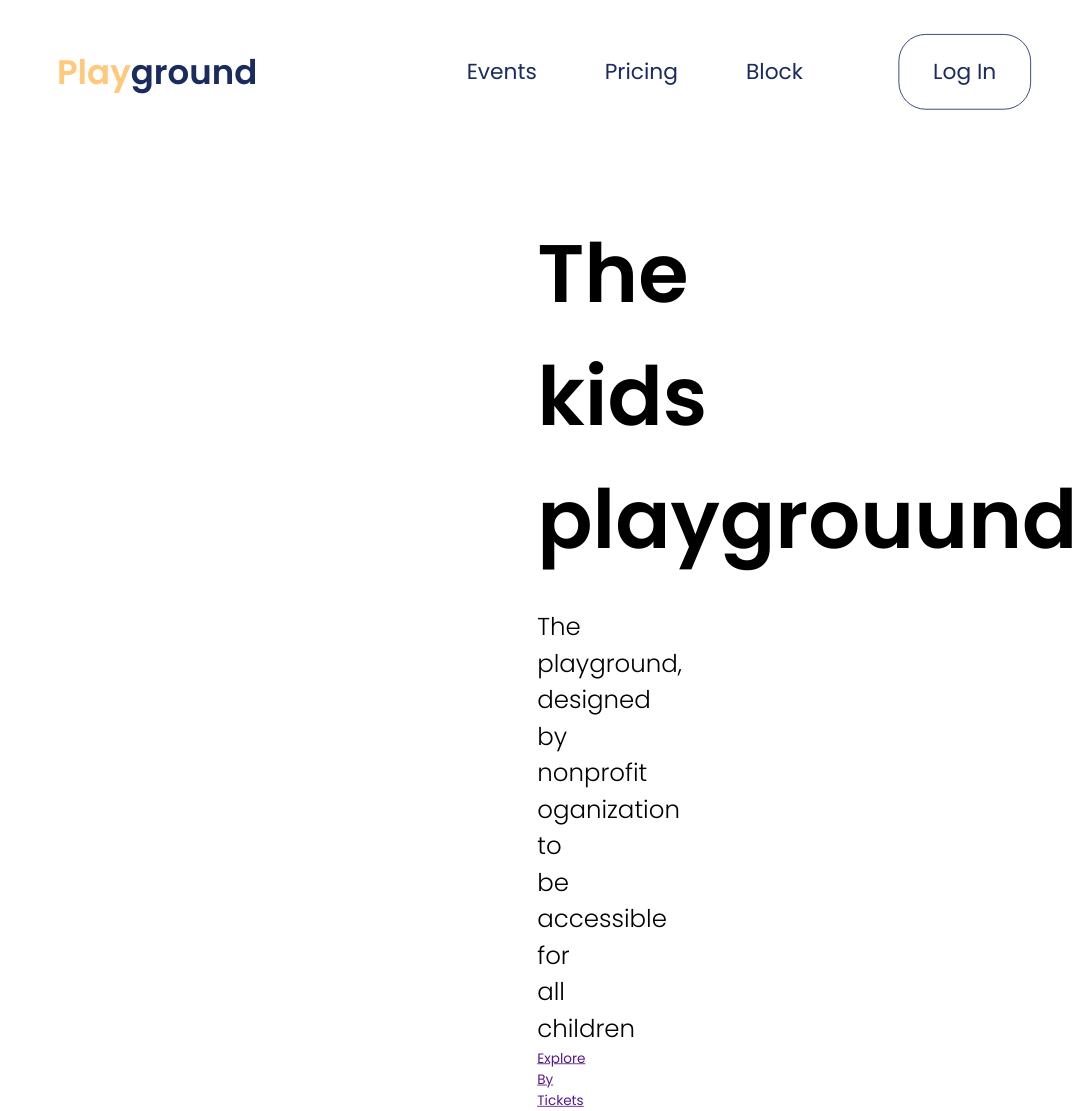
Repository: tuanpham-aptech/front-end
Page: psdtohtml/playgroud/index.html
An editor plug-in stored every save of this project. The page is shown before and after the next save, followed by the edit.
The browser window is 1280 px wide. The pictures show the whole page, at 85% of full size.
Some web libraries are served in a nearby version.

Above is the page before, as saved 2021-10-13 17:47:37.

### psdtohtml/playgroud/index.html
<!DOCTYPE html>
<html lang="en">
<head>
    <meta charset="UTF-8">
    <meta http-equiv="X-UA-Compatible" content="IE=edge">
    <meta name="viewport" content="width=device-width, initial-scale=1.0">
    <title>PlayGround</title>
    <link rel="preconnect" href="https://fonts.googleapis.com">
<link rel="preconnect" href="https://fonts.gstatic.com" crossorigin>
<link href="https://fonts.googleapis.com/css2?family=Poppins:wght@300;400;600&display=swap" rel="stylesheet">
<link rel="stylesheet" href="https://pro.fontawesome.com/releases/v5.10.0/css/all.css" integrity="sha384-AYmEC3Yw5cVb3ZcuHtOA93w35dYTsvhLPVnYs9eStHfGJvOvKxVfELGroGkvsg+p" crossorigin="anonymous"/>
<link rel="stylesheet" href="./assets/css/style.css">
</head>
<body>
    <div class="wrapper">
        <div class="header">
            <div class="container header__inner">
                <a href="#" class="logo">
                    <span class="logo__text">Play</span>ground
                </a>
                <nav class="header__menu">
                    <ul class="header__menu-list">
                        <li class="header__menu-item">
                            <a href="#" class="header__menu-link">
                                Events
                            </a>
                        </li>
                        <li class="header__menu-item">
                            <a href="#" class="header__menu-link">
                                Pricing
                            </a>
                        </li>
                        <li class="header__menu-item">
                            <a href="#" class="header__menu-link">
                                Block
                            </a>
                        </li>
                        <li class="header__menu-item">
                            <a href="#" class="header__menu-link header__login">
                                Log In
                            </a>
                        </li>
                    </ul>
                </nav>
            </div>
        </div>
        <section class="banner">
           <div class="container">
            <h1 class="banner__heading">The kids playgrouund</h1>
            <p class="banner__desc">The playground, designed by nonprofit oganization to be accessible for all children</p>
            <div class="banner__buttons">
                <a href="" class="btn">Explore</a>
                <a href="" class="btn">By Tickets</a>
            </div>
           </div>
        </section>
    </div>
</body>
</html>

### psdtohtml/playgroud/assets/css/style.css
* {
    box-sizing: border-box;
    padding: 0;
    margin: 0;
    -webkit-box-sizing: border-box;
}
:root {
    --primary-color: #ffc87a;
    --text-color: #1a2b5f;
}
body {
    font-family: 'Poppins', sans-serif;
}
.wrapper {
    max-width: 1440px;
    margin: 0 auto;
}

.container {
    max-width: 1210px;
    padding-left: 2rem;
    padding-right: 2rem;
    margin: 0 auto;
}

.header {
    padding-top: 40px;
}

.header__inner {
    display: flex;
    justify-content: space-between;
    align-items: center;
}

.header__menu-list {
    display: flex;
    align-items: center;
    list-style: none;
}

.header__menu-item {
    margin-left: 5rem;
}

.header__menu-item:last-child {
    margin-left: 7rem;
}

.header__menu-link {
    transition: color 0.25s linear;
    text-decoration: none;
    font-size: 1.6rem;
    color:var(--text-color);
}

.header__menu-link:hover {
    color:var(--primary-color);
}

.header__login {
    padding: 1.5rem 2.5rem;
    display: inline-block;
    border: 1px solid;
    border-radius: 2rem;
}
.logo {
    font-size: 2.5rem;
    font-weight: 600;
    text-decoration: none;
    color:var(--text-color);

}

.logo__text {
    color:var(--primary-color);
}

.banner {
    padding-top: 120px;
    max-width: 80px;
    margin: 0 auto;
    text-align: center;
}

.banner__heading {
    margin-bottom: 2rem;
    font-size: 6rem;
    font-weight: 600;
}

.banner__desc {
    font-size: 1.8rem;
    font-weight: 300;
}

After the next save:
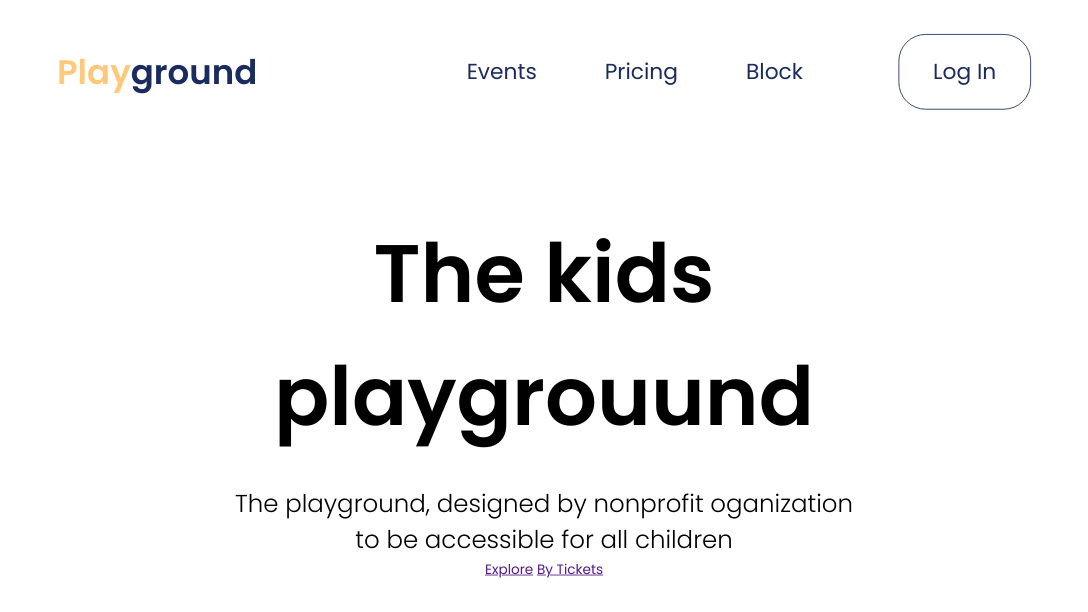
Saved 43 s later.
--- a/psdtohtml/playgroud/assets/css/style.css
+++ b/psdtohtml/playgroud/assets/css/style.css
@@ -78,7 +78,7 @@
 
 .banner {
     padding-top: 120px;
-    max-width: 80px;
+    max-width: 800px;
     margin: 0 auto;
     text-align: center;
 }
